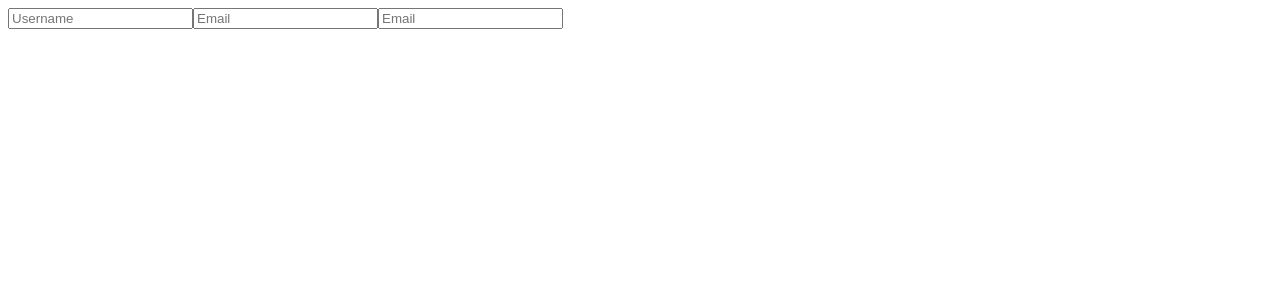
Repository: Ahmed123rezk123/Clinic
Page: index.html
These files come from the project's save history. The page is drawn as it stood at one moment and after a run of saves; the edit follows.
The browser window is 1280 px wide. The pictures show the whole page.
Empty fields were first filled with sample values (such as "Sample", 5 or name@example.com).
After loading, the first visible `button` was clicked once.
Some web fonts or font styles are not loaded; a fallback is used.

Above is the page before, as saved 2024-04-26 17:50:22.

### index.html
<!DOCTYPE html>
<html lang="en">
  <head>
    <meta charset="UTF-8" />
    <meta name="viewport" content="width=device-width, initial-scale=1.0" />
    <title>Clinic</title>
    <!-- Render All Elements Normally -->
    <link rel="stylesheet" href="css/normalize.css" />
    <!-- Font Awesome Library -->
    <link rel="stylesheet" href="css/all.min.css" />
    <!-- Main Temlate css file -->
    <link rel="stylesheet" href="css/style.css" />
    <!-- Google Fonts -->
    <link rel="preconnect" href="https://fonts.googleapis.com" />
    <link rel="preconnect" href="https://fonts.gstatic.com" crossorigin />
    <link
      href="https://fonts.googleapis.com/css2?family=Edu+TAS+Beginner:wght@500&family=Open+Sans:wght@400;700&display=swap"
      rel="stylesheet"
    />
    <link href="https://cdn.jsdelivr.net/npm/bootstrap@5.3.2/dist/css/bootstrap.min.css" rel="stylesheet">
  <script>
    function book(){
      document.write("<form>")
        document.write("<input type=text placeholder=Username>")
        document.write("<input type=email placeholder=Email>")
        document.write("<input type=password placeholder=Email>")
      document.write("</form>")
    }
  </script>

  </head>
  <body>
    <!-- Start Header -->
    <header>
      <div class="container" id="top">
        <a href="#" class="logo">
          <img src="images/logo.svg" alt="Logo" />
        </a>
        <nav>
          <i class="fas fa-bars menu"></i>
          <ul>
            <li><a href="#" class="active">Home</a></li>
            <li><a href="#">Services</a></li>
            <li><a href="#">Doctors</a></li>
            <li><a href="#">Blog</a></li>
            <li><a href="#">Contact</a></li>
          </ul>
          <div class="form">
            <i class="fas fa-search"></i>
          </div>
        </nav>
      </div>
    </header>
    <!-- End Header -->
    <!-- Start Landing -->
    <section class="landing">
      <div class="overlay">
        <div class="text">
          <div class="content">
            <h2>
              Welcome To Doclab<br />
              We get will soon
            </h2>
            <p>
              The new Doclab Hydro Renewal Ampoule is the latest K-Beauty secret
              of skin renewal and revitalization invention.
            </p>
          </div>
        </div>
        <img class="img-doctor" src="images/hero-banner.png" alt="" />
      </div>
      <i class="fas fa-angle-left icon1 fa-2x"></i>
      <i class="fas fa-angle-right icon2 fa-2x"></i>
      <ul class="bullets">
        <li></li>
        <li class="active"></li>
        <li></li>
      </ul>
    </section>
    <!-- End Landing -->
    <!-- Start Services -->
    <section class="services">
      <div class="container">
        <div class="main-content">
          <h2>Services</h2>
          <p>
            The new Doclab Hydro Renewal Ampoule is the latest K-Beauty secret
            of skin renewal and revitalization.
          </p>
        </div>
        <div class="services-content">
          <div class="div-content">
            <img src="images/icon-1.png" alt="" />
            <div class="text">
              <h2>Psychaitry</h2>
              <p>
                Psychiatry is a branch of medicine that focuses on the
                diagnosis, treatment, and prevention of mental, emotional, and
                behavioral disorders.
              </p>
            </div>
          </div>
          <div class="div-content">
            <img src="images/icon-2.png" alt="" />
            <div class="text">
              <h2>Gynecology</h2>
              <p>
                Gynecology is a branch of medicine that deals with the health of
                the female reproductive system, including the uterus, ovaries,
                and vagina.
              </p>
            </div>
          </div>
          <div class="div-content">
            <img src="images/icon-3.png" alt="" />
            <div class="text">
              <h2>Pulmonology</h2>
              <p>
                Pulmonology is a medical specialty focused on the diagnosis,
                treatment, and management of diseases and conditions related to
                the respiratory system.
              </p>
            </div>
          </div>
          <div class="div-content">
            <img src="images/icon-4.png" alt="" />
            <div class="text">
              <h2>Orthopedics</h2>
              <p>
                Orthopedics, also known as orthopedic surgery, is a medical
                specialty focused on the diagnosis, treatment, and prevention of
                disorders.
              </p>
            </div>
          </div>
        </div>
      </div>
    </section>
    <!-- End Services -->
    <!-- Start Design -->
    <section class="design">
      <div class="overlay">
        <div class="image">
          <!-- <img src="images/mobile.png" alt="" /> -->
        </div>
        <div class="text">
          <div class="content">
            <h2>Doctors Are Doing As Team . . .</h2>
            <div class="div-icon">
              <div class="div-content">
                <img src="images/icon-1.png" alt="" />
                <span>Dr: Ahmed Atef</span>
              </div>
              <div class="div-content">
                <img src="images/icon-2.png" alt="" />
                <span>Dr: Ahmed Ayman</span>
              </div>
              <div class="div-content">
                <img src="images/icon-3.png" alt="" />
                <span>Dr: Ahmed Mostafa</span>
              </div>
              <div class="div-content">
                <img src="images/icon-4.png" alt="" />
                <span>Dr: Ahmed Hamdy</span>
              </div>
            </div>
          </div>
        </div>
      </div>
    </section>
    <!-- End Design -->

    <!-- Start Princing -->
    <div class="princing">
      <div class="container">
        <div class="main-content">
          <h2>Blog</h2>
          <p>
            Lorem ipsum dolor sit amet consectetur adipisicing elit. Numquam,
            laborum ipsum adipisci perspiciatis dolorum.
          </p>
        </div>
        <div class="content">
        <div class="box">
          <div class="image">
            <img src="images/health-care.png" alt="">
          </div>
          <div class="text">
            <h2>Ahmed Atef</h2>
            <h4>Psychaitry</h4>
            <span>Psychiatry is a branch of medicine that focuses on the diagnosis, treatment, and prevention of mental, emotional, and behavioral disorders.</span>
          </div>
          <button onclick="book();">Book Now</button>
        </div>
        <div class="box">
          <div class="image">
            <img src="images/images (1).jfif" alt="">
          </div>
          <div class="text">
            <h2>Ahmed Tarek</h2>
            <h4>Pulmonology</h4>
            <span>Pulmonology is a medical specialty focused on the diagnosis, treatment, and management of diseases and conditions related to the respiratory system.</span>
          </div>
          <button>Book Now</button>
        </div>
        <div class="box">
          <div class="image">
            <img src="images/images (2).jfif" alt="">
          </div>
          <div class="text">
            <h2>Ahmed Ayman</h2>
            <h4>Gynecology</h4>
            <span>Gynecology is a branch of medicine that deals with the health of the female reproductive system, including the uterus, ovaries, and vagina.</span>
          </div>
          <button>Book Now</button>
        </div>
        <div class="box">
          <div class="image">
            <img src="images/images.jfif" alt="">
          </div>
          <div class="text">
            <h2>Ahmed Hamdy</h2>
            <h4>Orthopedics</h4>
            <span>Orthopedics, also known as orthopedic surgery, is a medical specialty focused on the diagnosis, treatment, and prevention of disorders.</span>
          </div>
          <button>Book Now</button>
        </div>
        <div class="box">
          <div class="image">
            <img src="images/doc.jpg" alt="">
          </div>
          <div class="text">
            <h2>Ahmed Mostafa</h2>
            <h4>Psychaitry</h4>
            <span>Psychiatry is a branch of medicine that focuses on the diagnosis, treatment, and prevention of mental, emotional, and behavioral disorders.</span>
          </div>
          <button>Book Now</button>
        </div>
        <div class="box">
          <div class="image">
            <img src="images/laboratories.png" alt="">
          </div>
          <div class="text">
            <h2>Hassan Atef</h2>
            <h4>Gynecology</h4>
            <span>Gynecology is a branch of medicine that deals with the health of the female reproductive system, including the uterus, ovaries, and vagina.</span>
          </div>
          <button>Book Now</button>
        </div>
        </div>
        <p class="parag-content">Contact us if you have special request</p>
        <a href="#" class="lnk">Contact Us</a>
      </div>
    </div>
    <!-- End Princing -->

    <!-- Start Subscribe -->
    <div class="subscribe">
      <div class="container">
        <form action="">
          <i class="far fa-envelope"></i>
          <input type="email" name="mail" placeholder="Your Email" />
          <input type="submit" value="Subscribe" />
        </form>
        <p>
          Curabitur arcu erat, accumsan id imperdiet et, porttitor at sem.
          Mauris blan dit aliquet elit, eget tincidunt.
        </p>
      </div>
    </div>
    <!-- End Subscribe -->
    <!-- Start CONTACT US -->

    <div class="contact">
      <div class="container">
        <div class="main-content">
          <h2>contact us</h2>
          <p>
            Lorem ipsum dolor sit amet consectetur adipisicing elit. Numquam,
            laborum ipsum adipisci perspiciatis dolorum.
          </p>
        </div>
        <div class="content">
          <form action="">
            <input
              class="inp"
              type="text"
              name="name"
              placeholder="Your Name"
            />
            <input
              class="inp"
              type="email"
              name="mail"
              placeholder="Your Email"
            />
            <textarea
              class="inp"
              name="message"
              placeholder="Your Message"
            ></textarea>
            <input type="submit" value="Send Message" />
          </form>
          <div class="text">
            <h4>GET IN TOUCH</h4>
            <span class="phone">+00 123.456.789</span>
            <span class="phone">+00 123.456.789</span>

            <h4>WHERE WE ARE</h4>
            <ul>
              <li>Awesome Address 17</li>
              <li>New York, NYC</li>
              <li>123-4567-890</li>
              <li>USA</li>
            </ul>
          </div>
        </div>
      </div>
    </div>
    <!-- End CONTACT US -->

    <!-- Start Footer -->
    <div class="footer">
      <div class="container">
        <img src="images/logo.svg" alt="Logo" />
        <div class="text">
          <h2>We Are Social</h2>
          <a href="#"><i class="fab fa-facebook-f"></i></a>
          <a href="#"><i class="fab fa-twitter"></i></a>
          <a href="#"> <i class="fas fa-home"></i></a>
          <a href="#"><i class="fab fa-linkedin"></i></a>
        </div>
        <p>&copy; 2024 <span>Clinic</span> All Right Reserved</p>
      </div>
    </div>
    <!-- End Footer -->
    <a href="#top" class="up"><i class="fas fa-arrow-up"></i></a>
  </body>
</html>

Loaded but not shown: css/normalize.css (library); css/all.min.css (library); css/style.css (853 lines, source omitted)

After the next 4 saves:
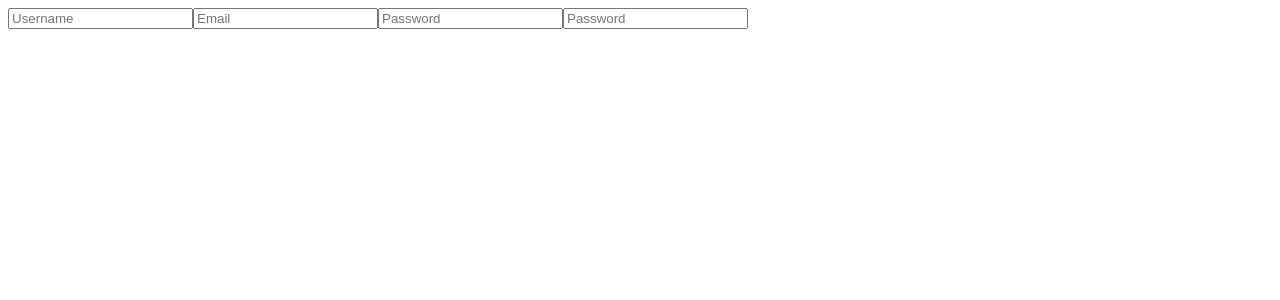
The 4 saves are shown as one change because they came seconds apart.
The last was saved 12 s later.
--- a/index.html
+++ b/index.html
@@ -23,7 +23,8 @@
       document.write("<form>")
         document.write("<input type=text placeholder=Username>")
         document.write("<input type=email placeholder=Email>")
-        document.write("<input type=password placeholder=Email>")
+        document.write("<input type=password placeholder=Password>")
+        document.write("<input type=password placeholder=Password>")
       document.write("</form>")
     }
   </script>
